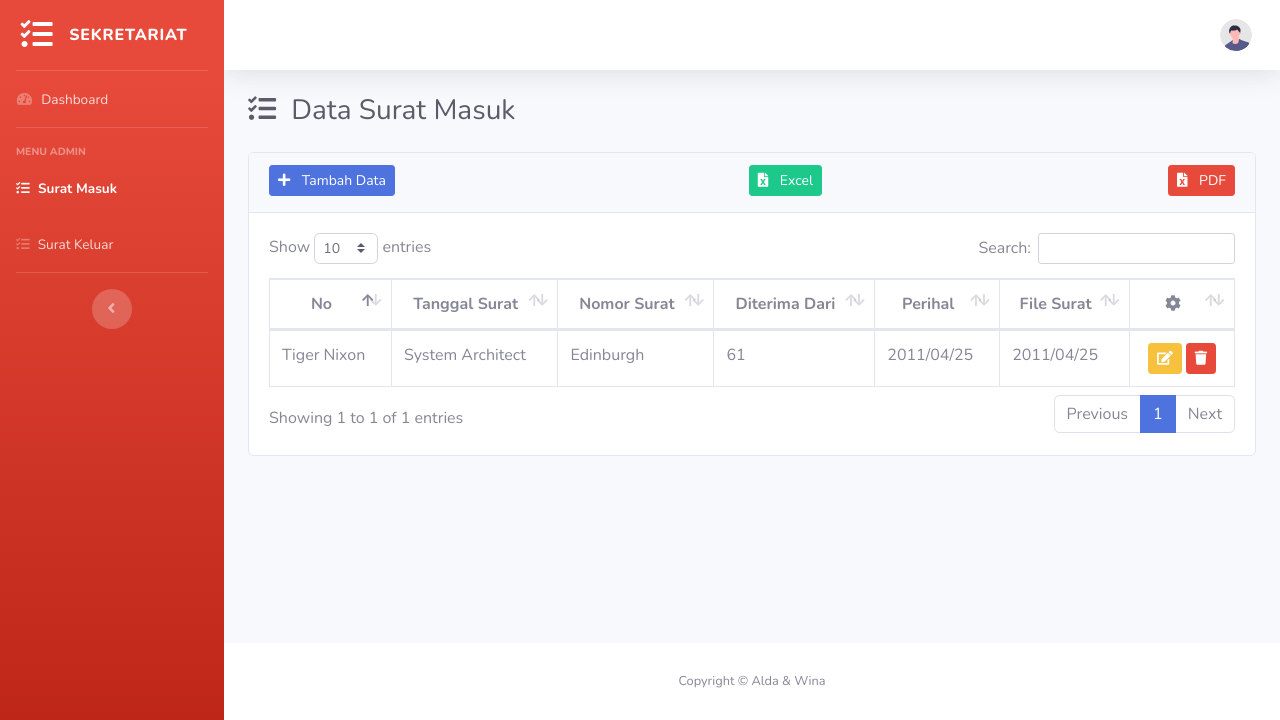
Repository: aldasamrotulfuadah/projek-PKL
Page: http://localhost/suratmasuk
These files come from the project's save history. The page is drawn as it stood at one moment and after a run of saves; the edit follows.
The browser window is 1280 px wide. The pictures show the whole page.
The page is served by the project's Laravel application, run on PHP 8.4 with Laravel 12. A made-up administrator, Test User (test@example.com), is signed in.

Above is the page before, as saved 2026-03-10 09:55:04.

After the next 2 saves:
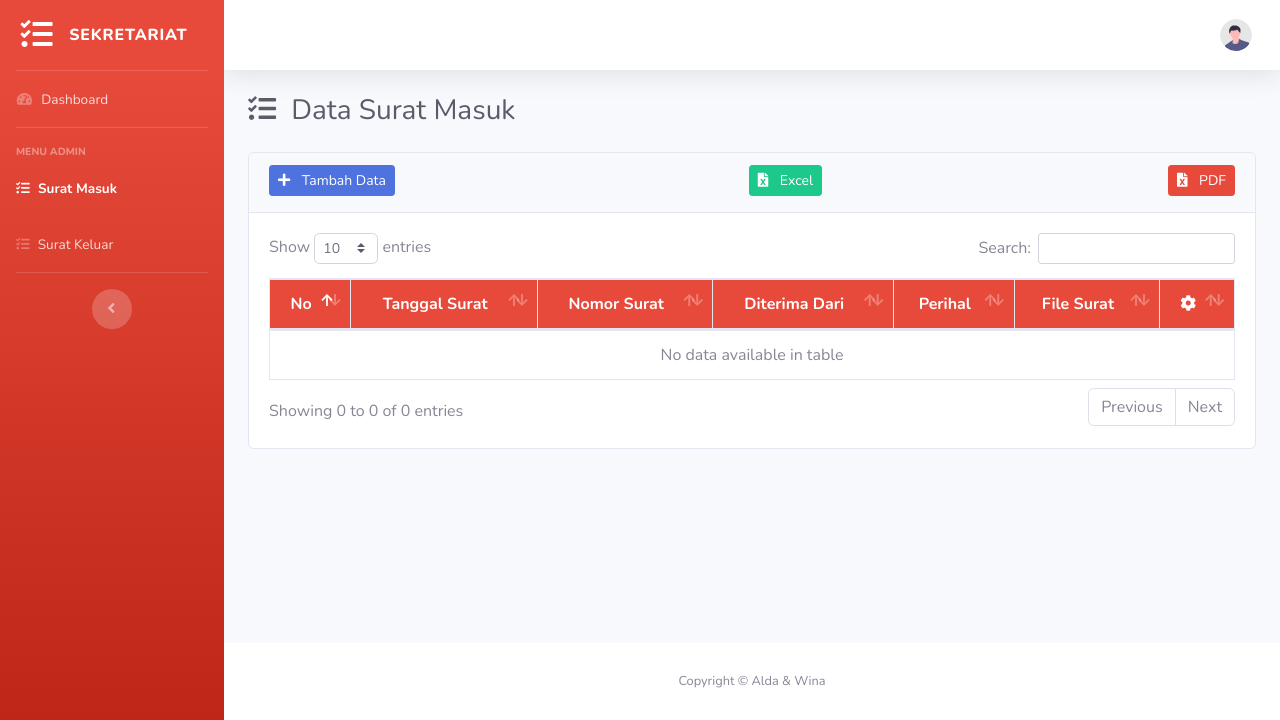
The 2 saves are shown as one change because they came seconds apart.
The last was saved 93 s later.
--- a/resources/views/suratmasuk.blade.php
+++ b/resources/views/suratmasuk.blade.php
@@ -33,7 +33,7 @@
         <div class="card-body">
             <div class="table-responsive">
                                     <table class="table table-bordered" id="dataTable" width="100%" cellspacing="0">
-                                        <thead>
+                                        <thead class="bg-danger text-white">
                                             <tr class="text-center">
                                                 <th>No</th>
                                                 <th>Tanggal Surat</th>
@@ -47,22 +47,7 @@
                                             </tr>
                                         </thead>
                                         <tbody>
-                                            <tr>
-                                                <td>Tiger Nixon</td>
-                                                <td>System Architect</td>
-                                                <td>Edinburgh</td>
-                                                <td>61</td>
-                                                <td>2011/04/25</td>
-                                                <td>2011/04/25</td>
-                                                <td class="text-center">
-                                                    <a href="#" class="btn btn-warning btn-sm">
-                                                        <i class="fas fa-edit"></i>
-                                                    </a>
-                                                    <a href="#" class="btn btn-danger btn-sm">
-                                                        <i class="fas fa-trash"></i>
-                                                    </a>
-                                                </td>
-                                            </tr>
+
                                         </tbody>
                                     </table>
                                 </div>
